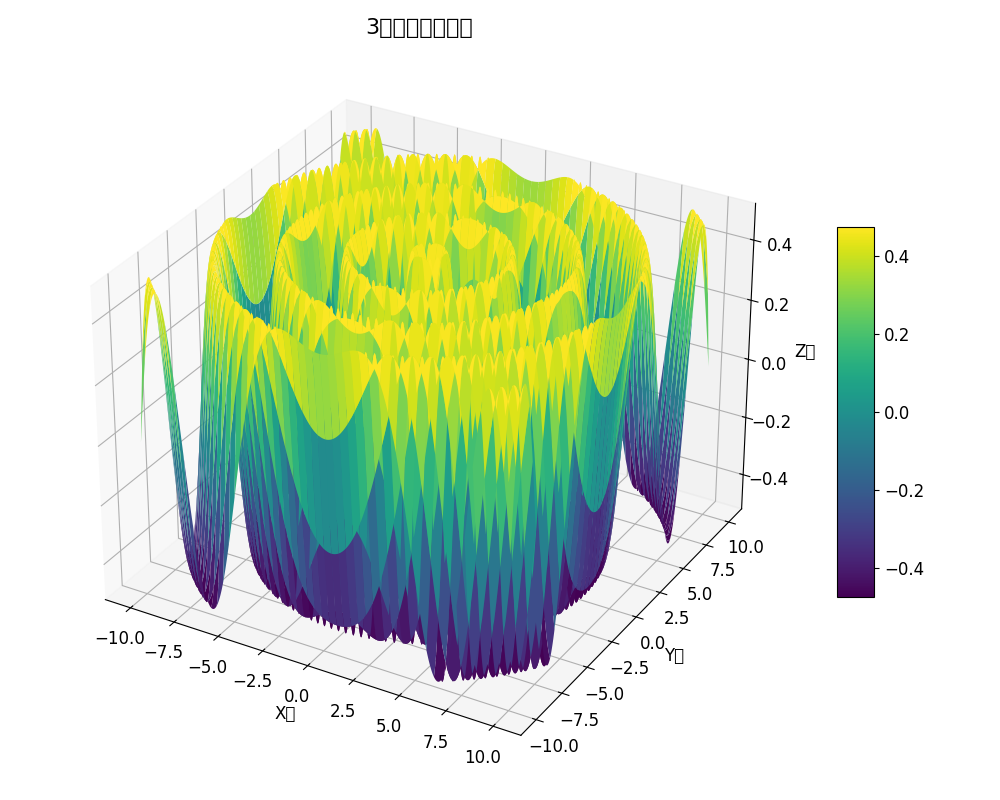
Repository: gouyamada/draw_surface
Script's output: python src/draw_surface.py
An editor plug-in stored every save of this project. The script's output is shown before and after the next save, followed by the edit.
Random numbers start from a fixed seed.

Above is the script's output before, as saved 2025-07-28 15:45:55.

After the next save:
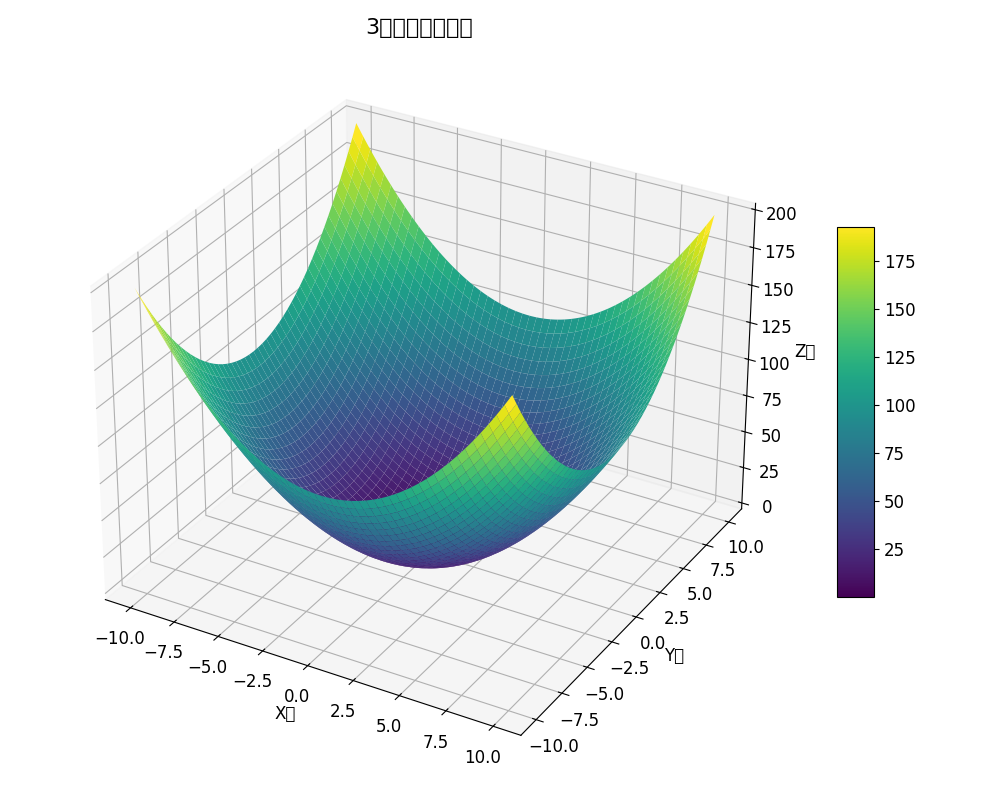
Saved 48 s later.
--- a/src/draw_surface.py
+++ b/src/draw_surface.py
@@ -16,7 +16,7 @@ def surface_setting(x, y):
     """
     描画する曲面の関数を定義する関数
     """
-    z = np.sin(np.sqrt(x**2 + y**2)) * np.cos(np.sqrt(x**2 + y**2))
+    z = x**2 + y**2
     return z
 
 
